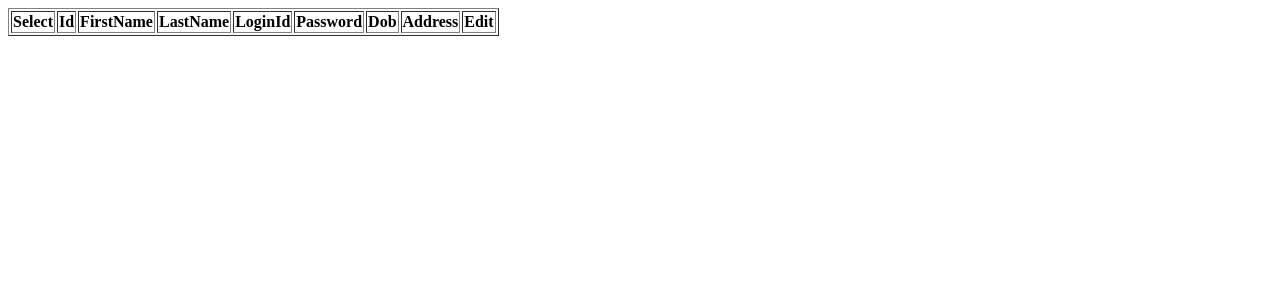
Repository: rish1208/Advance_java
Page: http://localhost/Use-case/UserListCtl
These files come from the project's save history. The page is drawn as it stood at one moment and after the next save; the edit follows.
The browser window is 1280 px wide. The pictures show the whole page.
The page is served by Tomcat 9. Queries for data that is not in the repository find no rows.

Above is the page before, as saved 2024-04-07 20:14:07.

After the next save:
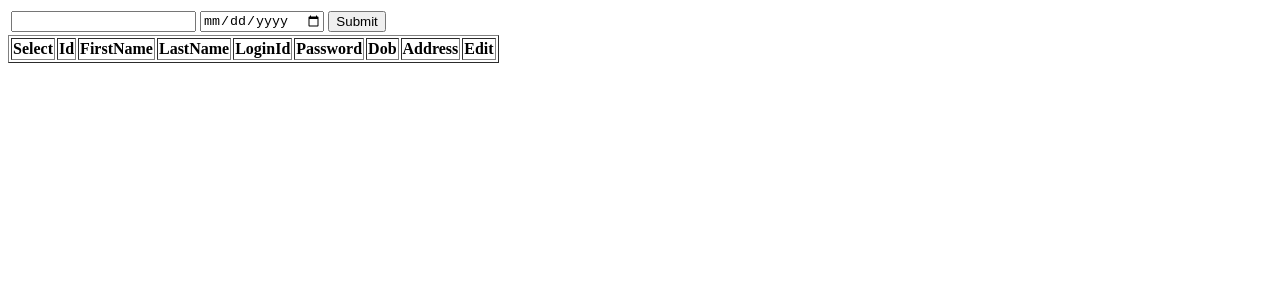
Saved 6 min 37 s later.
--- a/Advance java Workspace/Use-case/WebContent/UserListView.jsp
+++ b/Advance java Workspace/Use-case/WebContent/UserListView.jsp
@@ -16,9 +16,16 @@
 	Iterator it = list.iterator();
 	%>
 	<form action="UserListCtl" method="post">
+	<table>
+	<tr>
+	<td><input type="text" name="firstName" ></td>
+	<td><input type="Date" name="dob" ></td>
+	<td><input type="submit" name="operation" ></td>
+	</tr>
+	</table>
 		<table border="1%">
 			<tr>
-			<th>Select</th>
+			    <th>Select</th>
 				<th>Id</th>
 				<th>FirstName</th>
 				<th>LastName</th>
